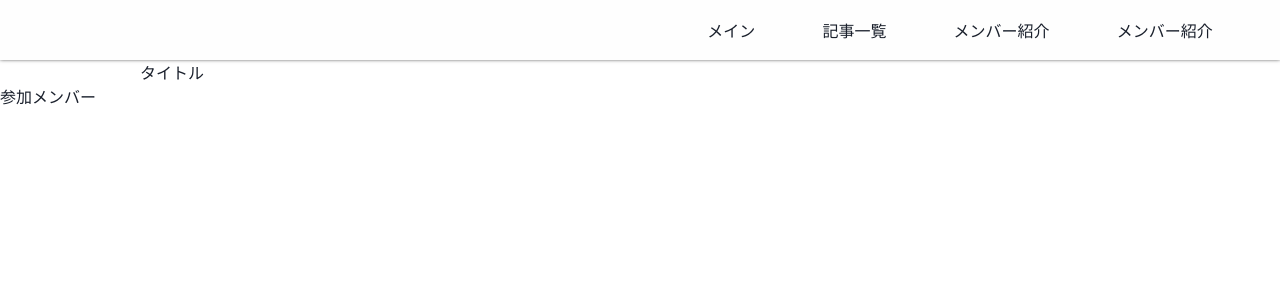
Repository: kanshu-1118/gpt-schoollife
Page: /blogContents
The author's editor kept a copy of each file at every save. The page is drawn from the files as they stood at one save, then again after the next save.
The browser window is 1280 px wide. The pictures show the whole page.
The project was rebuilt for these pictures with package versions that can differ from the ones it lists, and the page was loaded fresh each time. The framework's server and built-in components were replaced by stand-ins that run in the browser. Also part of the build but not shown: next.config.js.

Above is the page before, as saved 2023-06-26 14:29:24.

After the next save:
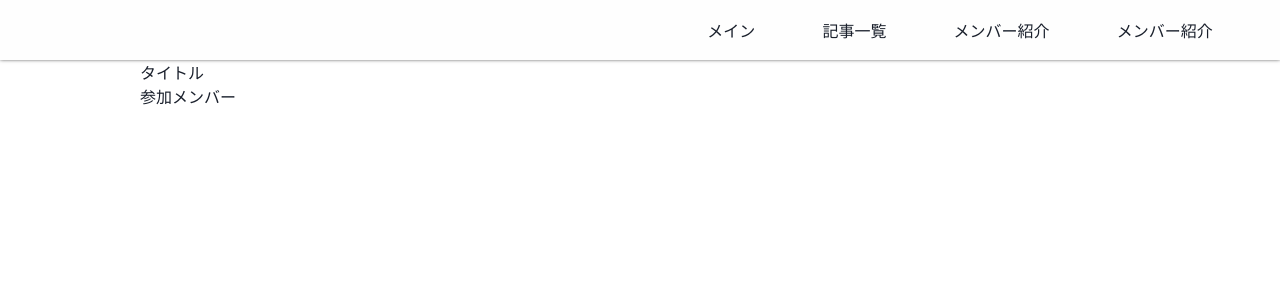
Saved 48 s later.
--- a/src/pages/blogContents.tsx
+++ b/src/pages/blogContents.tsx
@@ -22,10 +22,10 @@ const blogContents : NextPage = (props) => {
             <Text w={"1000px"} h={"auto"} margin={"0 auto"}></Text>
 
             {/* アイキャッチ画像 */}
-            <Image></Image>
+            <Image w={"1000px"} h={"auto"} margin={"0 auto"}></Image>
 
             {/* 参加メンバー */}
-            <Box>
+            <Box w={"1000px"} h={"auto"} margin={"0 auto"}>
                 <Text>参加メンバー</Text>
                 <Flex>
                     <Box>
@@ -44,22 +44,22 @@ const blogContents : NextPage = (props) => {
             </Box>
 
             {/* リード文・導入部分 */}
-            <Text></Text>
+            <Text w={"1000px"} h={"auto"} margin={"0 auto"}></Text>
 
             {/* 目次 */}
-            <Text></Text>
+            <Text w={"1000px"} h={"auto"} margin={"0 auto"}></Text>
 
             {/* 記事本文(一旦保留) */}
-            <Box></Box>
+            <Box w={"1000px"} h={"auto"} margin={"0 auto"}></Box>
 
             {/* 記事まとめ */}
-            <Box>
+            <Box w={"1000px"} h={"auto"} margin={"0 auto"}>
                 <Text></Text>
                 <Text></Text>
             </Box>
 
             {/* Movie&SNS */}
-            <Box>
+            <Box w={"1000px"} h={"auto"} margin={"0 auto"}>
                 <Text></Text>
                 <Text></Text>
                 <Flex>
@@ -70,7 +70,7 @@ const blogContents : NextPage = (props) => {
             </Box>
 
             {/* 関連記事 */}
-            <Box>
+            <Box w={"1000px"} h={"auto"} margin={"0 auto"}>
             </Box>
         </>
     )
